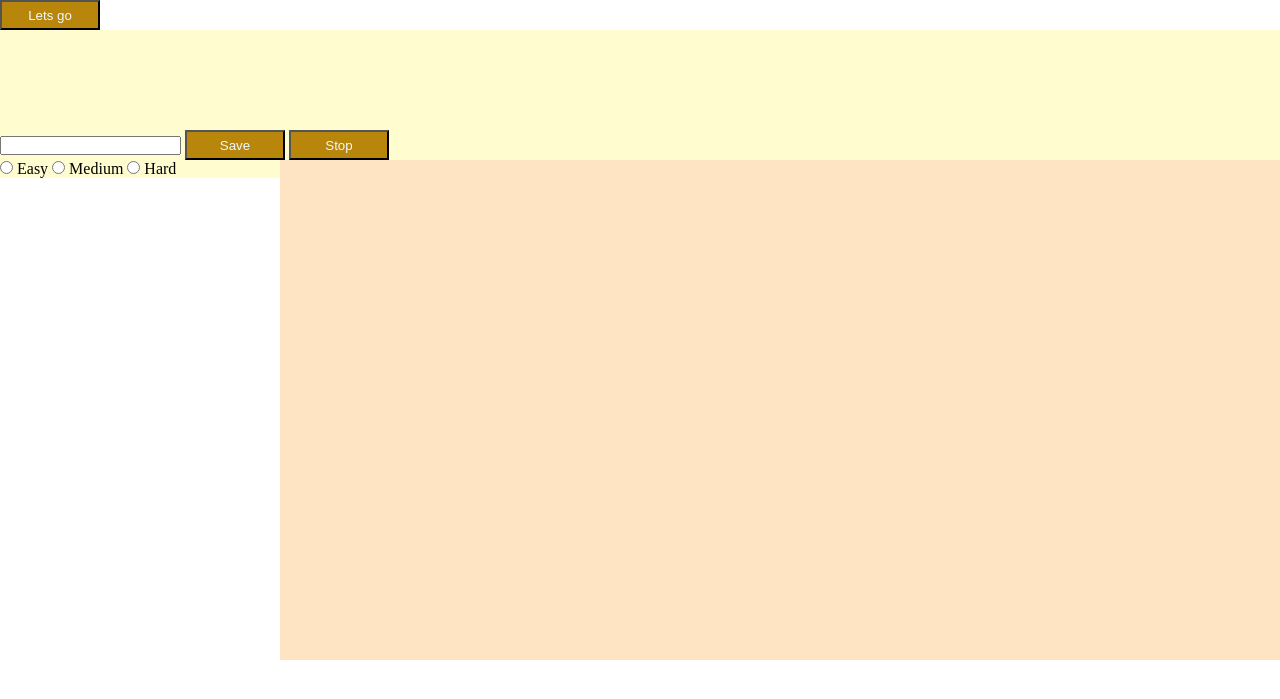
Repository: AytacSafarova/Bubble-game
Page: Bubble-game/index.html
These files come from the project's save history. The page is drawn as it stood at one moment and after the next save; the edit follows.
The browser window is 1280 px wide. The pictures show the whole page.

Above is the page before, as saved 2022-09-06 01:20:33.

After the next save:
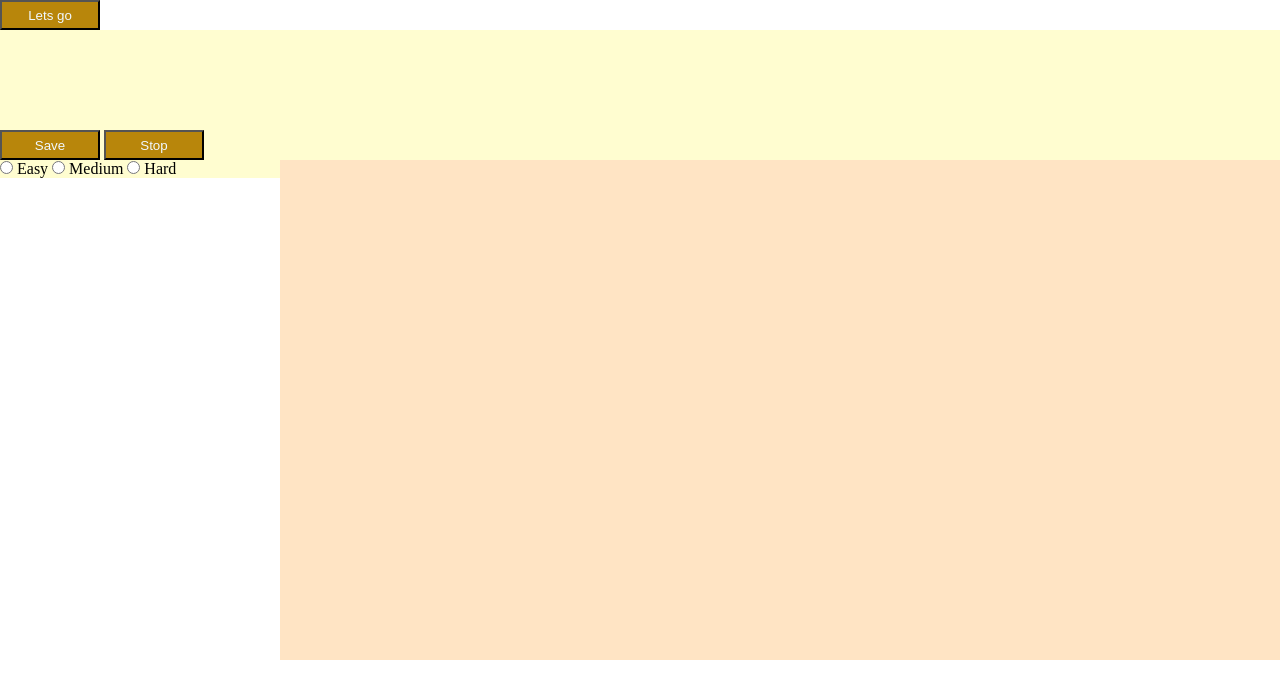
Saved 21 s later.
--- a/Bubble-game/index.html
+++ b/Bubble-game/index.html
@@ -11,7 +11,6 @@
     <button class="start">Lets go</button>
 
     <div class="container">
-        <input type="text">
         <button class="save">Save</button>
 
  <button class="stop">Stop</button>
